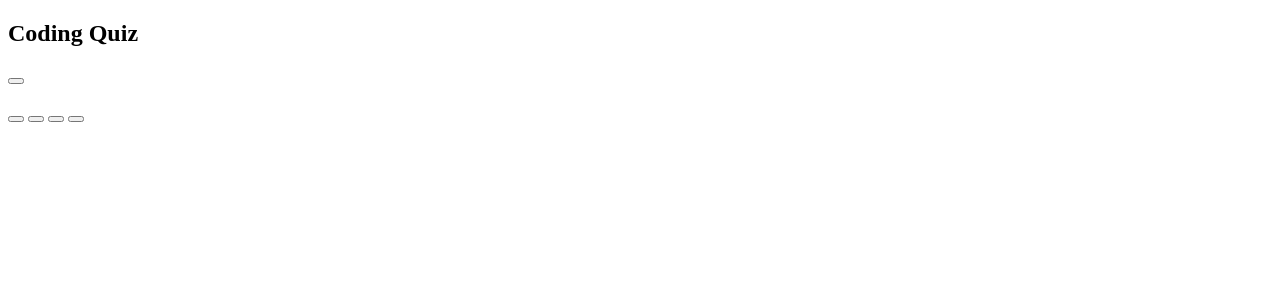
Repository: ziffoit/Code-Quiz
Page: index.html
The author's editor kept a copy of each file at every save. The page is drawn from the files as they stood at one save, then again after the next save.
The browser window is 1280 px wide. The pictures show the whole page.

Above is the page before, as saved 2021-03-10 21:50:19.

### index.html
<!DOCTYPE html>
<html lang="en">
  <head>
    <meta charset="UTF-8" />
    <meta name="viewport" content="width=device-width, initial-scale=1.0" />
    <title>Document</title>
  </head>
  <body>
    <!-- hide this section -->
    <section id="titlePage">
      <h1>Coding Quiz</h1>
      <p></p>
      <button id="startQuiz"></button>
    </section>
    <section>
      <h1 id="quizQuestion"></h1>
      <button id="answer1"></button>
      <button id="answer2"></button>
      <button id="answer3"></button>
      <button id="answer4"></button>
      <div id="previousResult"></div>
    </section>
    <script src="./Assets/script.js"></script>
  </body>
</html>

### Assets/script.js
var timerCount;
var previousResult = document.querySelector(".word-blanks");


//executed when start button is clicked
function startQuiz() {
    timerCount = 60;
    previousResult.textContent = ""
}

function correctAnswer() {
    previousResult.textContent = "Correct!"
}
//previousResult was wordBlank
function incorrectAnswer() {
    previousResult.textContent = "Incorrect!"
}

After the next save:
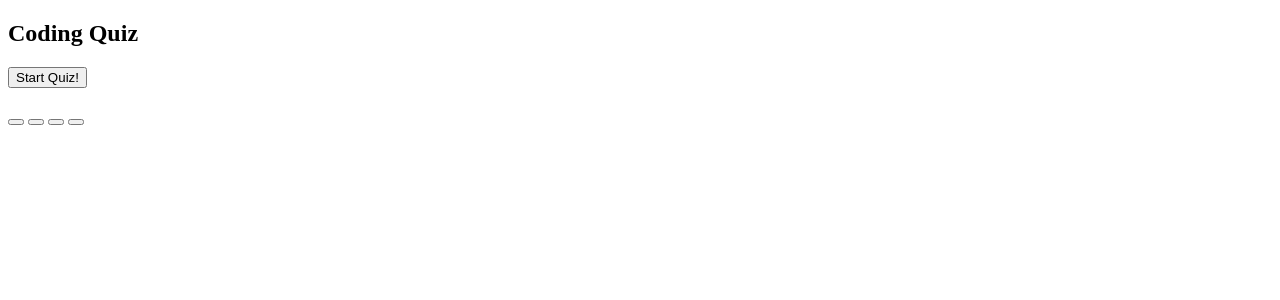
Saved 4 min 58 s later.
--- a/index.html
+++ b/index.html
@@ -10,7 +10,7 @@
     <section id="titlePage">
       <h1>Coding Quiz</h1>
       <p></p>
-      <button id="startQuiz"></button>
+      <button id="startQuiz">Start Quiz!</button>
     </section>
     <section>
       <h1 id="quizQuestion"></h1>
